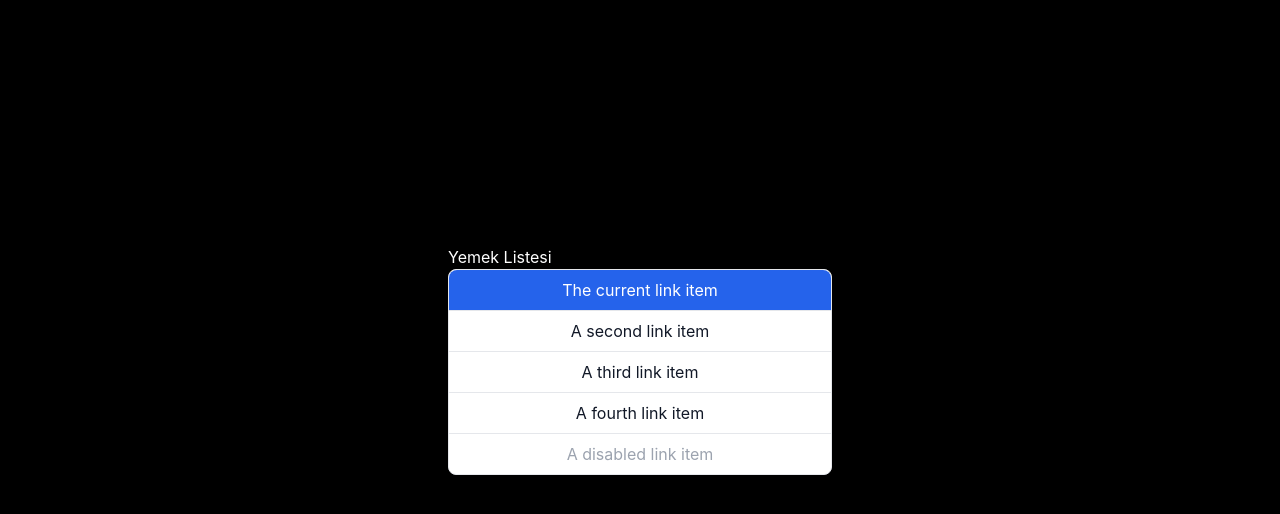
Repository: muratyildiz63/Composition-API-Nedir-todo-list
Page: /
These files come from the project's save history. The page is drawn as it stood at one moment and after a run of saves; the edit follows.
The browser window is 1280 px wide. The pictures show the whole page.
The project was rebuilt for these pictures with package versions that can differ from the ones it lists, and the page was loaded fresh each time. Also part of the build but not shown: vite.config.js.

Above is the page before, as saved 2022-08-15 18:45:51.

### src/main.js
import { createApp } from 'vue'
import './style.css'
import App from './App.vue'
import './index.css'

createApp(App).mount('#app')

### src/App.vue
<template>
  <div class="w-full h-full text-white">
    <h3 class="w-full flex">Yemek Listesi</h3>

    <div class="flex justify-center">
      <div
        class="bg-white rounded-lg border border-gray-200 w-96 text-gray-900"
      >
        <div
          aria-current="true"
          class="
            block
            px-6
            py-2
            border-b border-gray-200
            w-full
            rounded-t-lg
            bg-blue-600
            text-white
            cursor-pointer
          "
        >
          The current link item
        </div>
        <div
          class="
            block
            px-6
            py-2
            border-b border-gray-200
            w-full
            hover:bg-gray-100 hover:text-gray-500
            focus:outline-none
            focus:ring-0
            focus:bg-gray-200
            focus:text-gray-600
            transition
            duration-500
            cursor-pointer
          "
        >
          A second link item
      </div>
        <div
          class="
            block
            px-6
            py-2
            border-b border-gray-200
            w-full
            hover:bg-gray-100 hover:text-gray-500
            focus:outline-none
            focus:ring-0
            focus:bg-gray-200
            focus:text-gray-600
            transition
            duration-500
            cursor-pointer
          "
        >
          A third link item
      </div>
        <div
          class="
            block
            px-6
            py-2
            border-b border-gray-200
            w-full
            hover:bg-gray-100 hover:text-gray-500
            focus:outline-none
            focus:ring-0
            focus:bg-gray-200
            focus:text-gray-600
            transition
            duration-500
            cursor-pointer
          "
        >
          A fourth link item
      </div>
        <div
          class="
            block
            px-6
            py-2
            border-gray-200
            w-full
            rounded-b-lg
            focus:outline-none focus:ring-0
            text-gray-400
            cursor-default
          "
        >
          A disabled link item
      </div>
      </div>
    </div>
  </div>
</template>

### src/index.css
@tailwind base;
@tailwind components;
@tailwind utilities;
body {
    background-color: rgb(0, 0, 0);
}

### tailwind.config.cjs
module.exports = {
    content: [
        "./index.html",
        "./src/**/*.{vue,js,ts,jsx,tsx}",
    ],
    theme: {
        extend: {},
    },
    plugins: [],
}

Loaded but not shown: index.html (common file); src/style.css (common file)

After the next 2 saves:
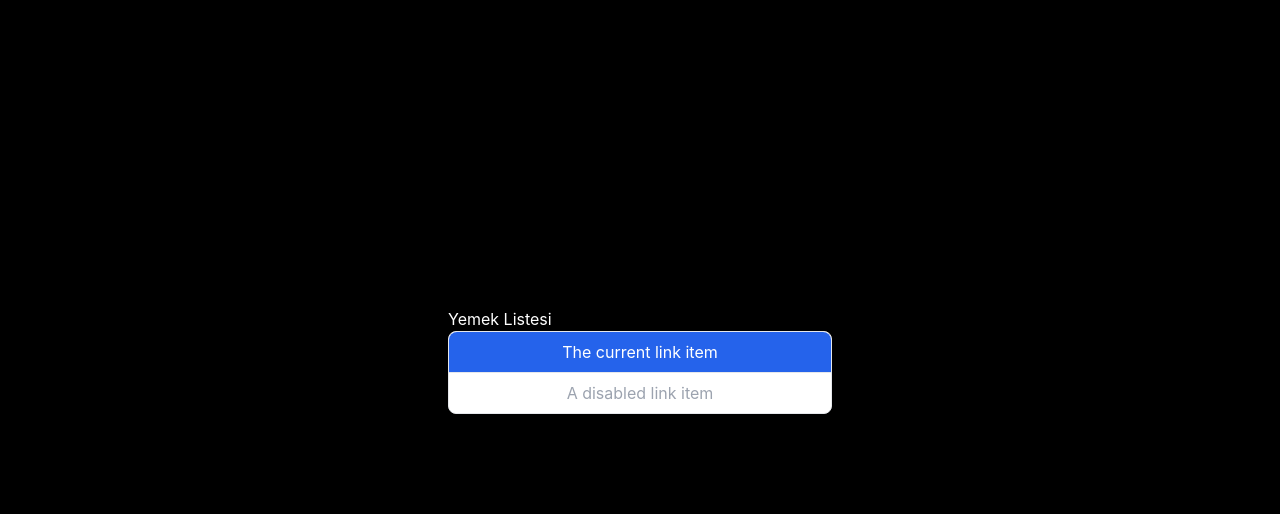
The 2 saves are shown as one change because they came seconds apart.
The last was saved 41 s later.
--- a/src/App.vue
+++ b/src/App.vue
@@ -22,63 +22,7 @@
         >
           The current link item
         </div>
-        <div
-          class="
-            block
-            px-6
-            py-2
-            border-b border-gray-200
-            w-full
-            hover:bg-gray-100 hover:text-gray-500
-            focus:outline-none
-            focus:ring-0
-            focus:bg-gray-200
-            focus:text-gray-600
-            transition
-            duration-500
-            cursor-pointer
-          "
-        >
-          A second link item
-      </div>
-        <div
-          class="
-            block
-            px-6
-            py-2
-            border-b border-gray-200
-            w-full
-            hover:bg-gray-100 hover:text-gray-500
-            focus:outline-none
-            focus:ring-0
-            focus:bg-gray-200
-            focus:text-gray-600
-            transition
-            duration-500
-            cursor-pointer
-          "
-        >
-          A third link item
-      </div>
-        <div
-          class="
-            block
-            px-6
-            py-2
-            border-b border-gray-200
-            w-full
-            hover:bg-gray-100 hover:text-gray-500
-            focus:outline-none
-            focus:ring-0
-            focus:bg-gray-200
-            focus:text-gray-600
-            transition
-            duration-500
-            cursor-pointer
-          "
-        >
-          A fourth link item
-      </div>
+
         <div
           class="
             block
@@ -93,7 +37,7 @@
           "
         >
           A disabled link item
-      </div>
+        </div>
       </div>
     </div>
   </div>
